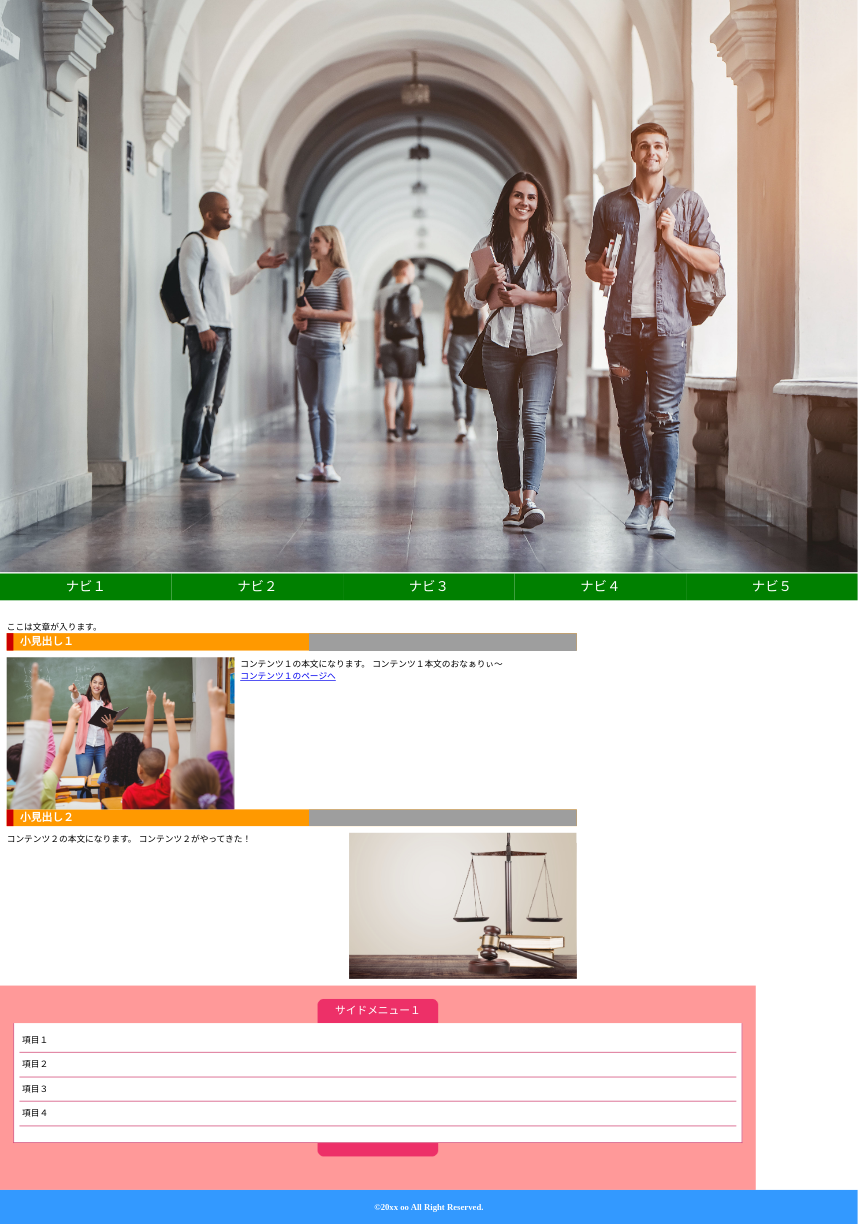
Repository: yumi3103/samurai_HTML-CSS1
Page: home.html
The author's editor kept a record of every edit. The page is drawn from the files as they stood at one moment, then again after the next edit.
The browser window is 1280 px wide. The pictures show the whole page, at 67% of full size.
Pictures or frames that could not be fetched are drawn as grey boxes.

Above is the page before.

### home.html
<!DOCTYPE html>
<html lang="ja">
<head>
    <meta charset="UTF-8">
    <title>HTML/CSSの学習</title>
    <link rel="stylesheet" href="stylesheet.css">
    </head>
<body>
    <div id="header">
        <h1><a href="index.html"><img id="corridor" src="images/corridor.jpg" alt="大学の廊下"/></a></h1>
    </div>
   <div id="wrapper">
       </div>
       <div id="nav">
           <ul>
               <li><a href="home.html">ナビ１</a></li>
               <li><a href="#">ナビ２</a></li>
               <li><a href="#">ナビ３</a></li>
               <li><a href="#">ナビ４</a></li>
               <li><a href="#">ナビ５</a></li>
           </ul>
       </div>
       <div id="container">
           <div id="main">
               <div class="post">
                   <p>ここは文章が入ります。</p>
               </div>
               <div class="post clearfix">
                   <h2>小見出し１</h2>
                   <img class="left" src="images/classroom.jpg" alt="授業風景"/>
                   <p>
                       コンテンツ１の本文になります。
                       コンテンツ１本文のおなぁりぃ～
                   </p>
                   <p><a href="#">コンテンツ１のページへ</a></p>
               </div>
               <div class="post clearfix">
                   <h2>小見出し２</h2>
                   <img class="right" src="images/scale.jpg" alt="天秤"/>
                   <p>
                       コンテンツ２の本文になります。
                       コンテンツ２がやってきた！
                   </p>
               </div>
           </div>
       </div>
       <div id="side">
           <div class="box">
               <h2>サイドメニュー１</h2>
               <div class="boxBody">
                   <ul>
                       <li>項目１</li>
                       <li>項目２</li>
                       <li>項目３</li>
                       <li>項目４</li>
                   </ul>
               </div>
           </div>
       </div>
   </div>
   <div id="footer">
       <p>&copy;20xx oo All Right Reserved.</p>
   </div>
</body>
</html>

### stylesheet.css
@charset"utf-8";

body{
    margin: 0;
    padding: 0;
    font-family: "ヒラギノ角ゴ Pro W3","Hiragino kaku Gothic Pro",
    color: #333;
    font-size: 13px;
    line-height: 150%;
}

/* ------wrapper -------*/
#wrapper{
    width: 100%;
    margin: auto;
    padding: 0px;
    border: 0px;
    background-color: #FFF;
    top: 10px;
    position: relative;
}

/* ------ header ------*/
#header{
    width: 100%
}
#header h1{
    margin: 0;
    padding: 0;
}
#corridor{
 width: 100%;
 height:auto;
}

/* ------ footer ------*/
#footer{
    clear: both;
    width: 100%;
    padding: 3px 0 3px 0;
    background:#39F;
    color: #FFF;
    font-weight: bold;
    text-align: center;
}

/* ------nav ------*/
#nav{
    width: 100%
}
#nav ul{
    display: flex;
    margin: 0;
    padding: 0;
    list-style-type: none;
}
#nav ul li{
    width: 20%;
    text-align: center;
}
#nav ul li a{
    display: block;
    height: 20px;
    margin: 0;
    padding: 10px;
    color: #FFF;
    font-size: 20px;
    text-decoration: none;
    background-color: green;
}

#nav ul li a:hover{
    filter: drop-shadow(10px 10px 10px black);
}

/* ------ container ------*/
#container{
    width: 100%;
    margin: auto;
    padding: auto;
    padding-top: 20px;
    clear: both;
   display: grid;
   grid-template-columns: 70vw 30vw;
}

/* ------ main ------*/
#main{
    width: 95%;
    padding: 10px 30px 10px 10px;
}
#main h2{
    margin: 0 0 10px 0;
    padding: 3px 10px 3px 10px;
    color: #FFF;
    font-size: 16px;
    border-left: solid 10px #C00;
    background: #F90 url(../images/main_h2.jpg) right top repeat-y;
}
#main p{
    margin: 0;
    padding: 0;
}
#main post{
    margin: 0 0 30px 0;
}
#main .post img.right{
    margin: 0 0 0 8px;
}
#main .post img.left{
    margin: 0 8px 0 0;
}
.right{
    float: right;
    width: 40%;
    height: auto;
}
.left{
    float: left;
    width: 40%;
    height: auto;
}

/* ------ clearfix ------*/
.clearfix{
    zoom:1;
}
.clearfix:after{
    content: "";
    display: block;
    clear: both;
}

/* ------ side ------*/
#side{
    width: 85%;
    padding: 20px;
    background-color: #F99;
}
#side .box{
    margin: 0 auto 30px auto;
    padding: 0 0 20px 0;
    background:url(images/side_box.png) bottom no-repeat;
}
#side .box h2{
    margin: 0;
    padding: 8px;
    text-align: center;
    color: #fff;
    font-size: 16px;
    font-weight: normal;
    background:url(images/side_box_h2.png) center no-repeat;
}
#side .box .boxBody{
    padding: 8px;
    border-right: solid 1px #C36;
    border-bottom: solid 1px #C36;
    border-left: solid 1px #C36;
    background:#fff;
}
#side .box .boxBody ul{
    margin: 0 0 16px 0;
    padding: 0;
}
#side .box .boxBody ul li{
    padding: 8px 0 8px 4px;
    list-style: none;
    border-bottom: solid 1px #C36;
}

#side .box .boxBody ul li:hover{
    padding: 8px 0 8px 4px;
    list-style: none;
    border-bottom: solid 1px #C36;
    box-shadow: 0 4px 4px rgba(0,0,0,0.3);
}

After the next edit:
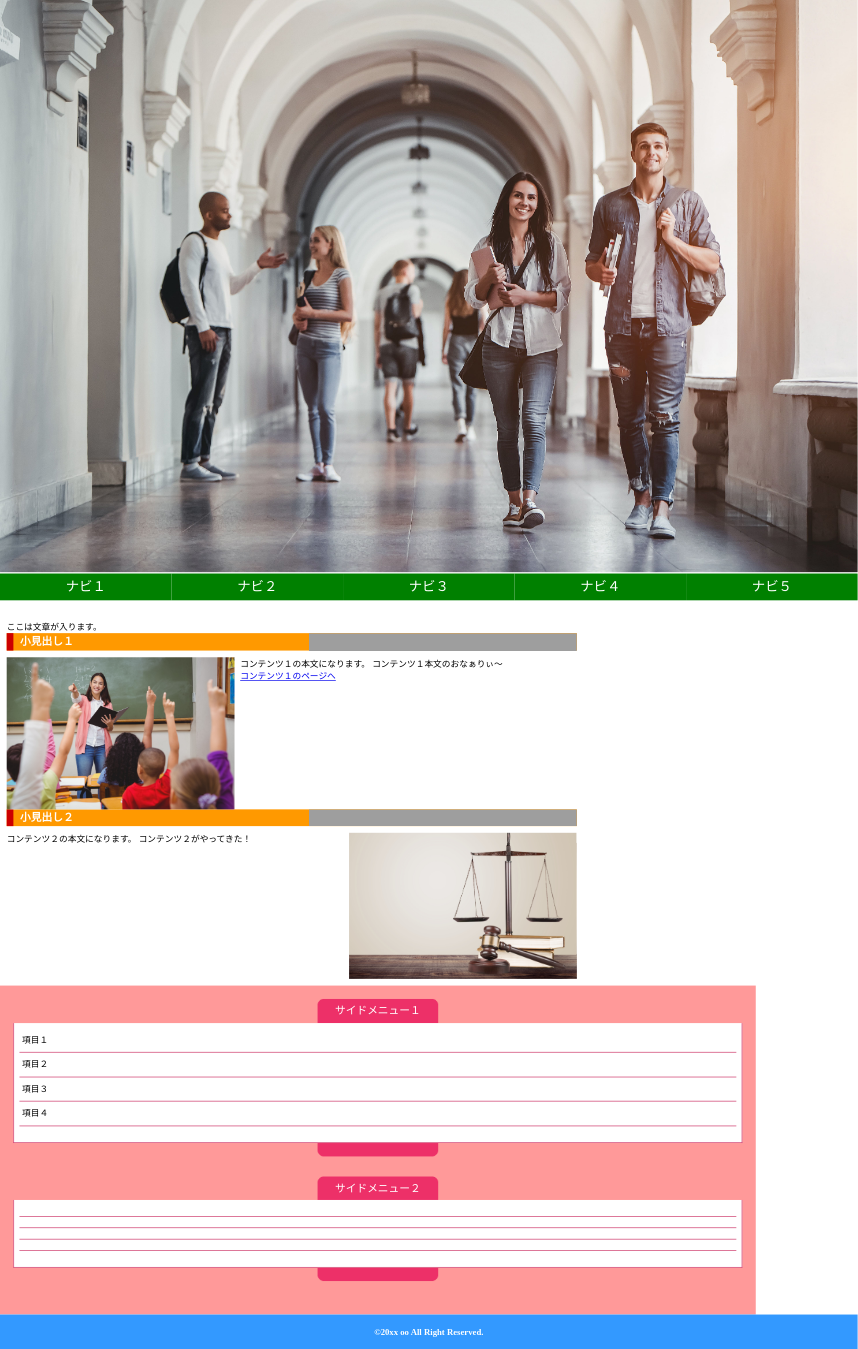
The edit:
--- a/home.html
+++ b/home.html
@@ -56,6 +56,17 @@
                    </ul>
                </div>
            </div>
+           <div class="box">
+               <h2>サイドメニュー２</h2>
+               <div class="boxBody">
+                   <ul>
+                       <li></li>
+                       <li></li>
+                       <li></li>
+                       <li></li>
+                   </ul>
+               </div>
+           </div>
        </div>
    </div>
    <div id="footer">
